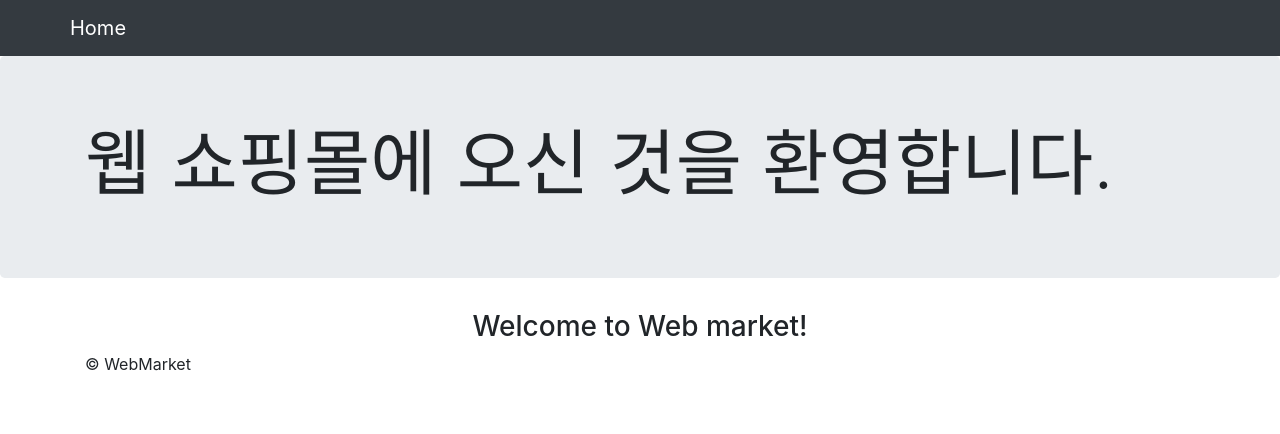
Repository: suinautant/learnCode
Page: http://localhost/WebMarket/welcome.jsp
An editor plug-in stored every save of this project. The page is shown before and after the next save, followed by the edit.
The browser window is 1280 px wide. The pictures show the whole page.
The page is served by Tomcat 9. Nobody is signed in. The application's start-up code is not run.

Above is the page before, as saved 2021-06-30 03:17:06.

After the next save:
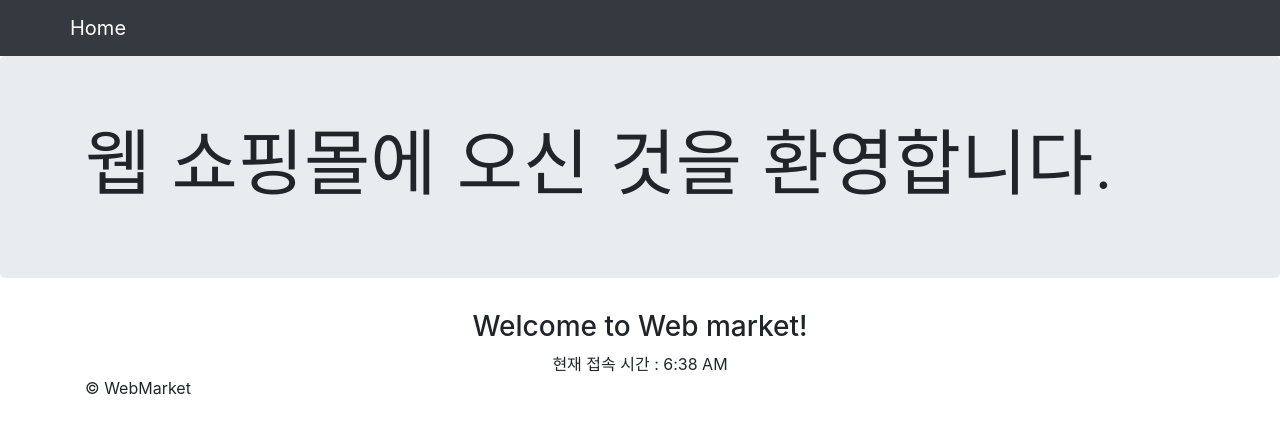
Saved 2 min 5 s later.
--- a/jsp/WebMarket/WebContent/welcome.jsp
+++ b/jsp/WebMarket/WebContent/welcome.jsp
@@ -2,8 +2,7 @@
 	pageEncoding="EUC-KR"
 %>
 <%@
-page import="java.util.Date"
- %>
+page import="java.util.Date"%>
 <!DOCTYPE html>
 <html>
 <head>
@@ -35,6 +34,21 @@ page import="java.util.Date"
 			<h3>
 				<%=tagline%>
 			</h3>
+			<%
+				Date day = new java.util.Date();
+			String am_pm;
+			int hour = day.getHours();
+			int minute = day.getMinutes();
+			int second = day.getSeconds();
+			if (hour / 12 == 0) {
+				am_pm = "AM";
+			} else {
+				am_pm = "PM";
+				hour = hour - 12;
+			}
+			String CT = hour + ":" + second + " " + am_pm;
+			out.println("현재 접속 시간 : " + CT + "\n");
+			%>
 		</div>
 	</div>
 	<footer class="container">
